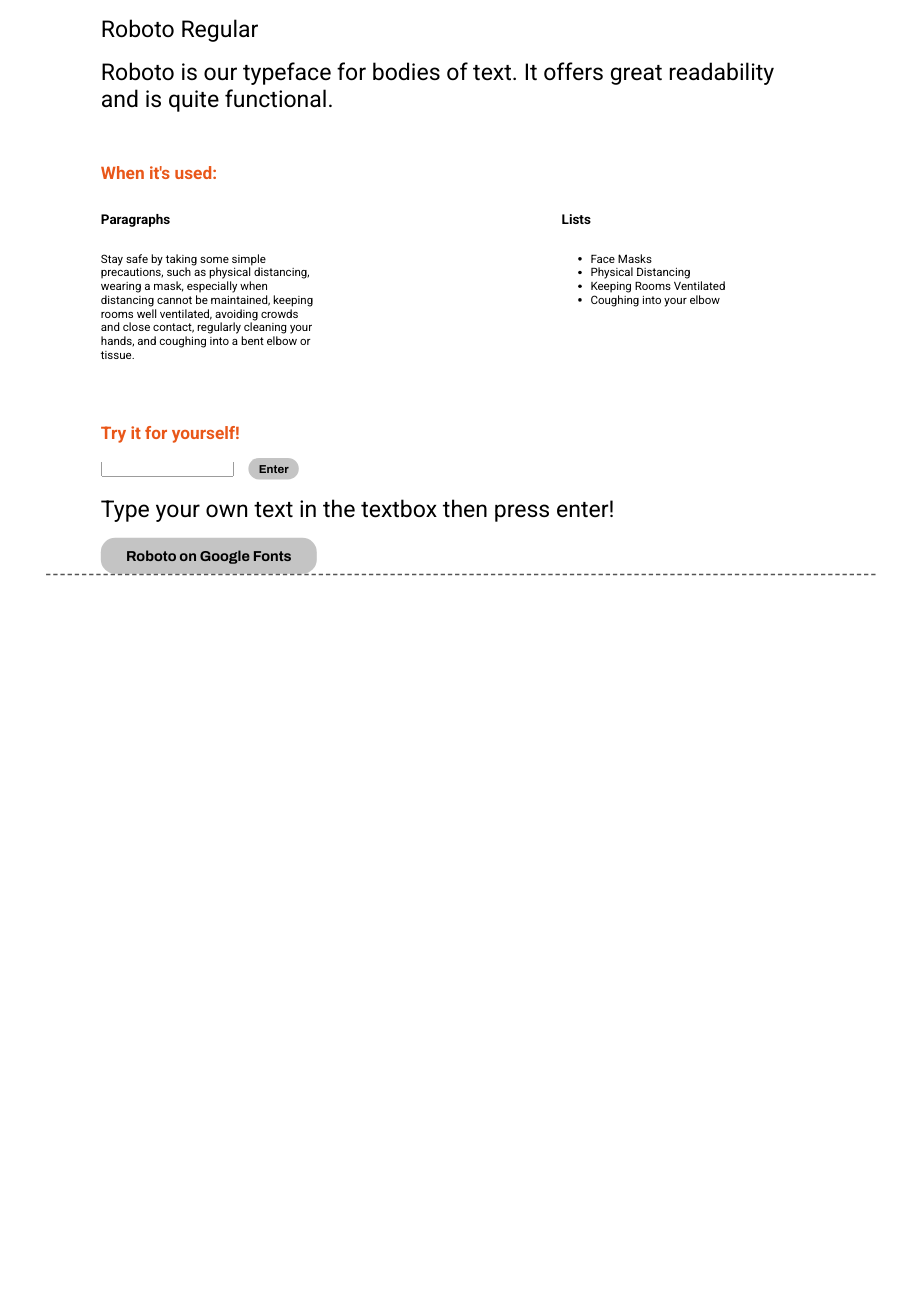
Repository: Levic559/bird-styleguide
Page: typography/index.html
An editor plug-in stored every save of this project. The page is shown before and after the next save, followed by the edit.
The browser window is 1280 px wide. The pictures show the whole page, at 72% of full size.

Above is the page before, as saved 2021-03-22 05:56:35.

After the next save:
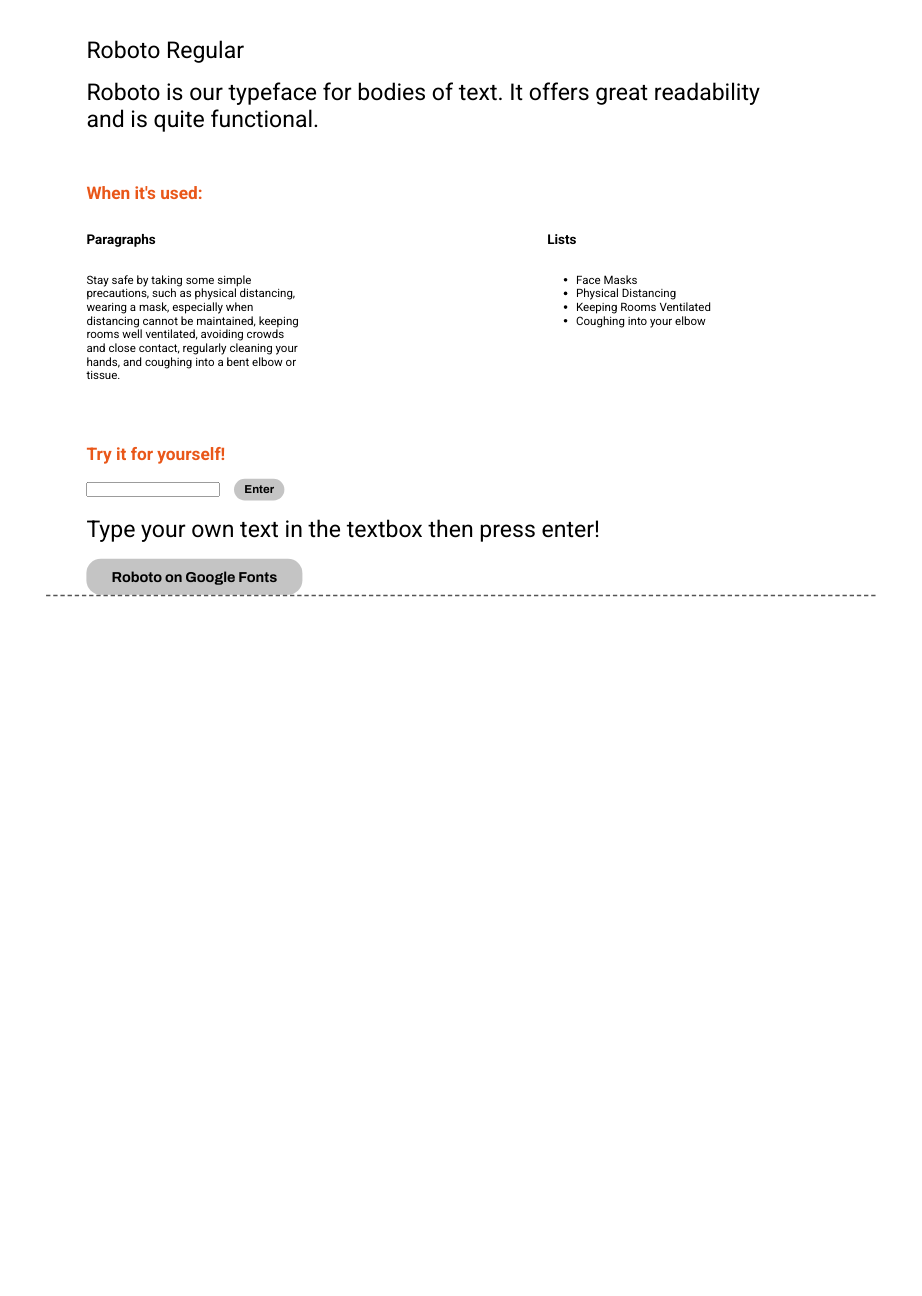
Saved 5 s later.
--- a/typography/style.css
+++ b/typography/style.css
@@ -14,13 +14,17 @@
 }
 
 .fontcontainer {
-    margin-left: 140px;
+    margin-left: 120px;
     width: 940px;
 }
 
 .Roboto {
     font-family: Roboto;
     font-weight: normal;
+}
+
+.top {
+    margin-top: 50px;
 }
 
 .Orange {
